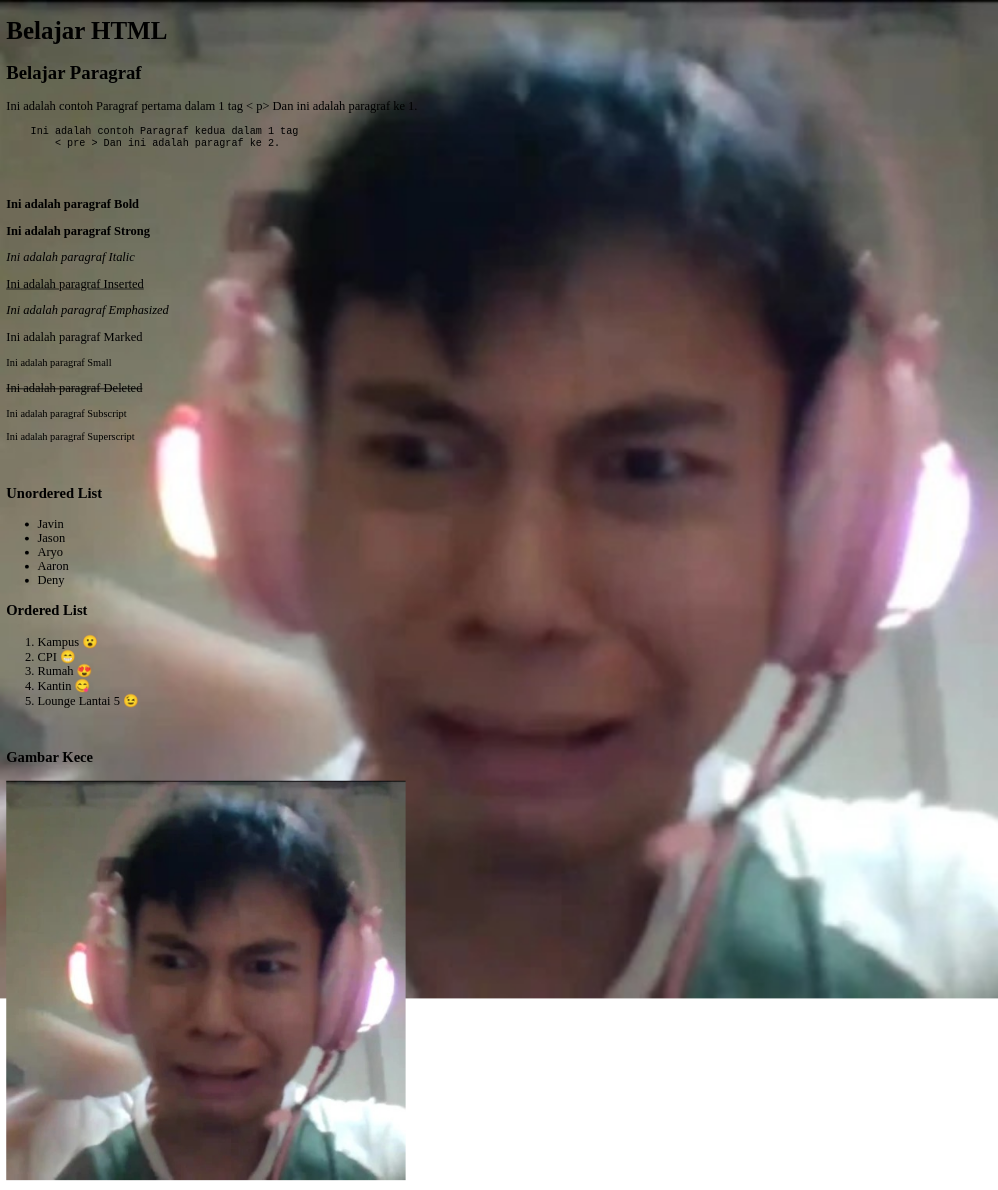
Repository: Gibekkk/WebPro
Page: Tugas HTML 1/index.html
The author's editor kept a copy of each file at every save. The page is drawn from the files as they stood at one save, then again after the next save.
The browser window is 1280 px wide. The pictures show the whole page, at 78% of full size.

Above is the page before, as saved 2024-03-25 10:25:25.

### Tugas HTML 1/index.html
<!DOCTYPE html>
<html lang="en">

<head>
    <meta charset="UTF-8">
    <meta name="viewport" content="width=device-width, initial-scale=1.0">
    <title>Document</title>
</head>

<body style="background-image: url(javin.jpg); background-repeat: no-repeat; background-size: 100%; background-position: ;">
    <h1>Belajar HTML</h1>
    <h2>Belajar Paragraf</h2>
    <p>Ini adalah contoh Paragraf pertama dalam 1 tag
        < p> Dan ini adalah paragraf ke 1.</p>
    <pre>
    Ini adalah contoh Paragraf kedua dalam 1 tag
        < pre > Dan ini adalah paragraf ke 2.
    </pre>
    <br>

    <b>
        <p>Ini adalah paragraf Bold</p>
    </b>
    <strong>
    <p>Ini adalah paragraf Strong</p>
    </strong>
    <i>
    <p>Ini adalah paragraf Italic</p>
    </i>
    <ins>
    <p>Ini adalah paragraf Inserted</p>
    </ins>
    <em>
    <p>Ini adalah paragraf Emphasized</p>
    </em>
    <mark>
        <p>Ini adalah paragraf Marked</p>
    </mark>
    <small>
        <p>Ini adalah paragraf Small</p>
    </small>
    <del>
        <p>Ini adalah paragraf Deleted</p>
    </del>
    <sub>
        <p>Ini adalah paragraf Subscript</p>
    </sub>
    <sup>
        <p>Ini adalah paragraf Superscript</p>
    </sup>
    <br>

    <h3>Unordered List</h3>
    <ul>
        <li>Javin</li>
        <li>Jason</li>
        <li>Aryo</li>
        <li>Aaron</li>
        <li>Deny</li>
    </ul>

    <h3>Ordered List</h3>
    <ol>
        <li>Kampus 😮</li>
        <li>CPI 😁</li>
        <li>Rumah 😍</li>
        <li>Kantin 😋</li>
        <li>Lounge Lantai 5 😉</li>
    </ol>
    <br>
    <h3>Gambar Kece</h3>
    <img src="javin.jpg" alt="Javin" title="Javin">
</body>

</html>

After the next save:
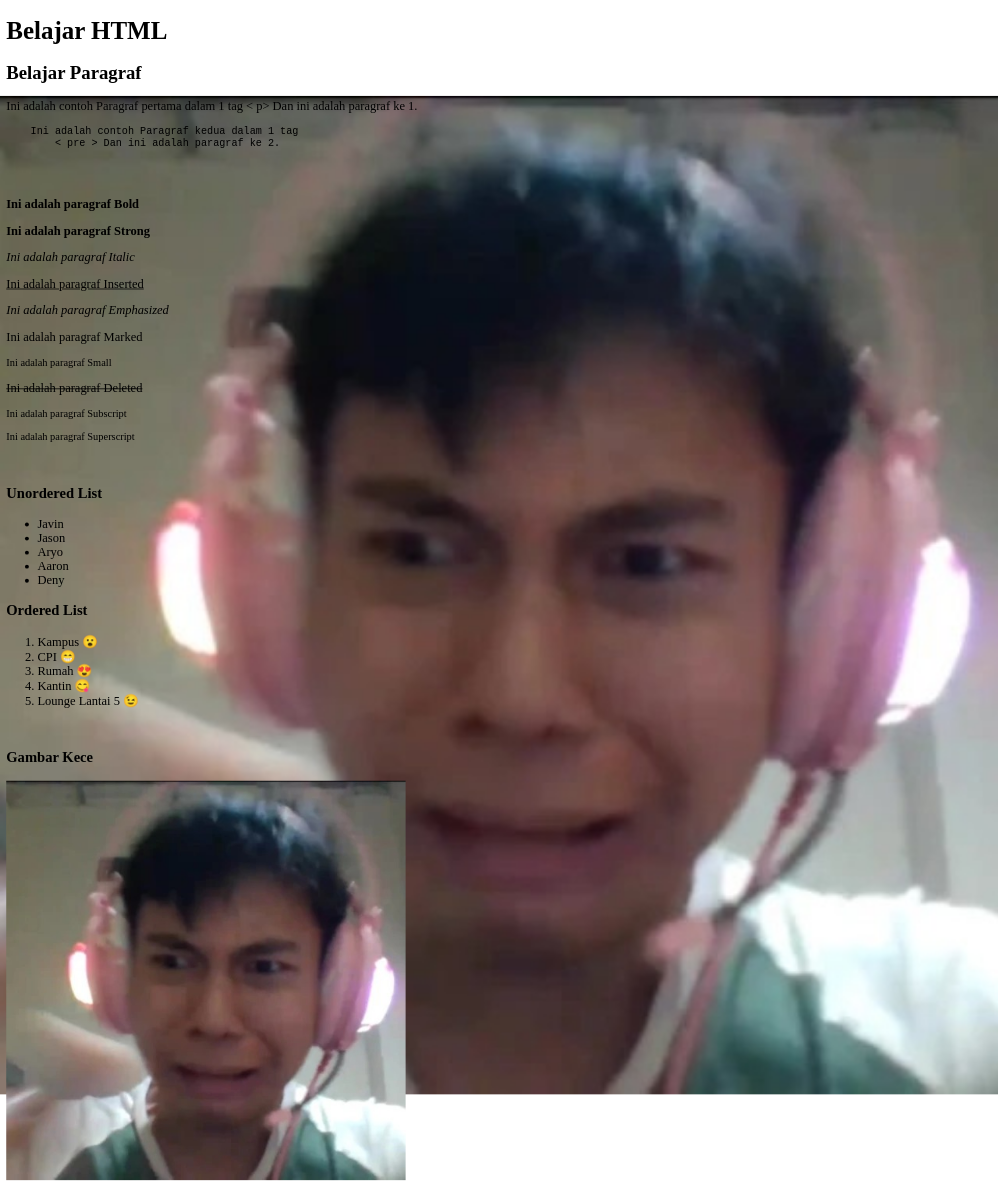
Saved 6 s later.
--- a/Tugas HTML 1/index.html
+++ b/Tugas HTML 1/index.html
@@ -7,7 +7,7 @@
     <title>Document</title>
 </head>
 
-<body style="background-image: url(javin.jpg); background-repeat: no-repeat; background-size: 100%; background-position: ;">
+<body style="background-image: url(javin.jpg); background-repeat: no-repeat; background-size: 100%; background-position: center;">
     <h1>Belajar HTML</h1>
     <h2>Belajar Paragraf</h2>
     <p>Ini adalah contoh Paragraf pertama dalam 1 tag

After the 2 saves that followed:
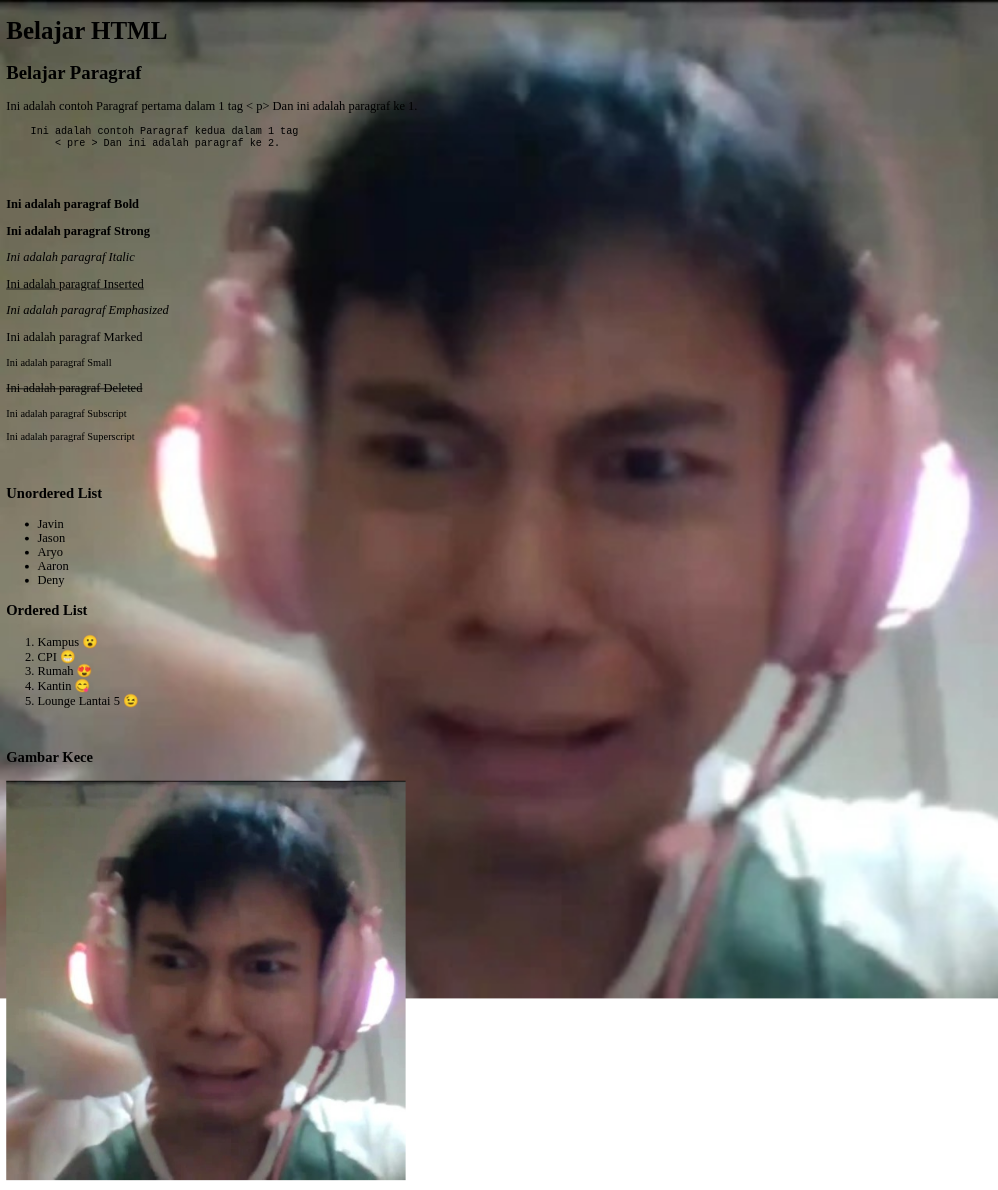
The 2 saves are shown as one change because they came seconds apart.
The last was saved 7 s later.
--- a/Tugas HTML 1/index.html
+++ b/Tugas HTML 1/index.html
@@ -7,7 +7,7 @@
     <title>Document</title>
 </head>
 
-<body style="background-image: url(javin.jpg); background-repeat: no-repeat; background-size: 100%; background-position: center;">
+<body style="background-image: url(javin.jpg); background-repeat: no-repeat; background-size: 100%; background-position: top;">
     <h1>Belajar HTML</h1>
     <h2>Belajar Paragraf</h2>
     <p>Ini adalah contoh Paragraf pertama dalam 1 tag
